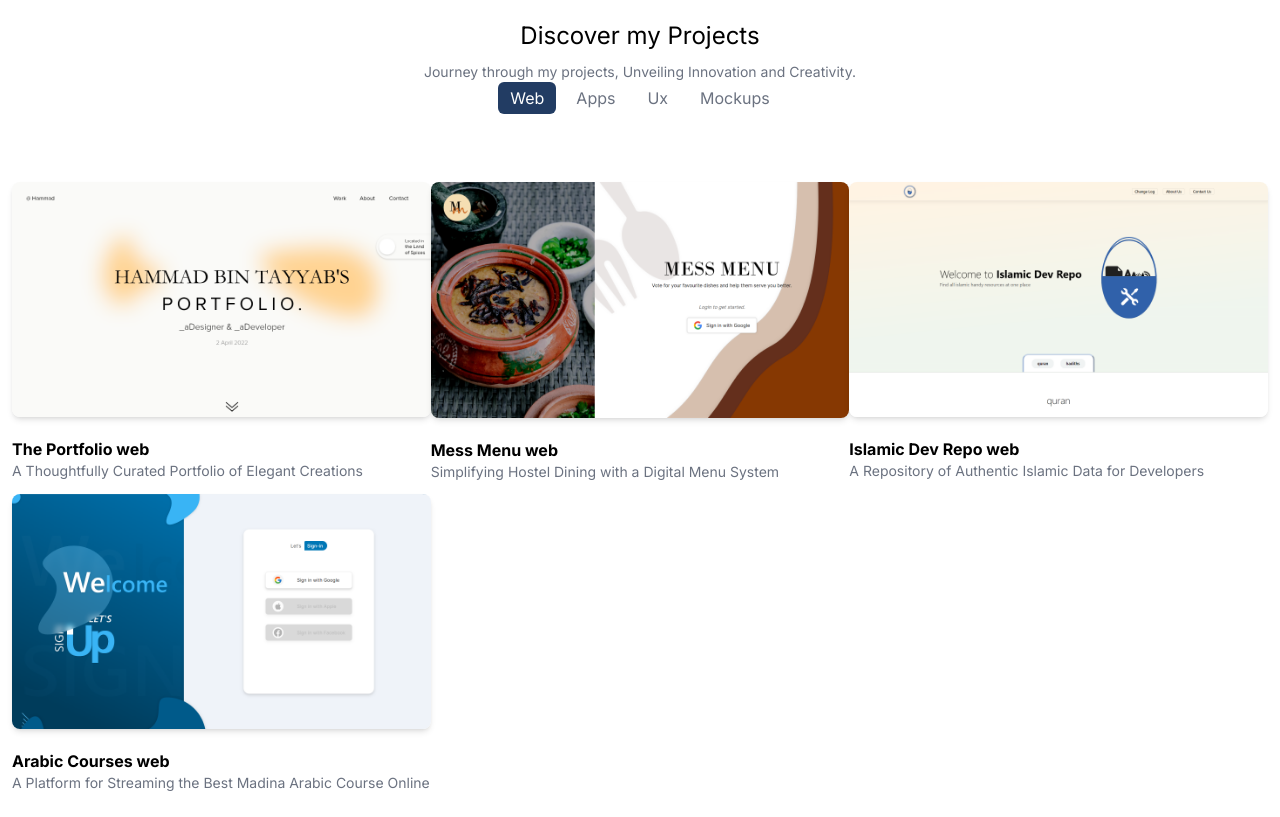
Repository: SpicierEwe/my_portfolio_v2
Page: /
These files come from the project's save history. The page is drawn as it stood at one moment and after the next save; the edit follows.
The browser window is 1280 px wide. The pictures show the whole page.
The project was rebuilt for these pictures with package versions that can differ from the ones it lists, and the page was loaded fresh each time. The framework's server and built-in components were replaced by stand-ins that run in the browser. Also part of the build but not shown: next.config.js, core/utils/customIcons.js, core/utils/utils.tsx, core/db/sub_db_data/ux_db.js.

Above is the page before, as saved 2024-04-22 11:10:57.

### app/page.tsx
import DevicePreview from "@/Components/Device_preview/device_preview";
import HeroSection from "@/Components/Hero_section/hero_section";
import WorkSection from "@/Components/Work_section/work_section";
import Image from "next/image";

export default function Home() {
  return (
    <main>
      {/* <div className="absolute z-30 overflow-hidden bottom-0 ">
        <DevicePreview  />
      </div> */}
      {/* <div className="overflow-hidden">
        <HeroSection />
      </div> */}

      <WorkSection />
    </main>
  );
}

### app/globals.css
@layer base {

  @font-face {
    font-family: 'Garamond';
    src: url('../public/fonts/EBGaramond-VariableFont_wght.ttf');

  }

  @font-face {
    font-family: 'Proxima Nova';
    src: url('../public/fonts/MarkSimonsonProximaNovaRegular.otf');
    font-weight: normal;
    font-style: normal;
  }


  @font-face {
    font-family: "Rage";
    src: url("../public/fonts/rage.ttf");
  }
}

@tailwind base;
@tailwind components;
@tailwind utilities;

:root {
  --foreground-rgb: 0, 0, 0;
  --background-start-rgb: 214, 219, 220;
  --background-end-rgb: 255, 255, 255;

}

@media (prefers-color-scheme: dark) {
  :root {
    --foreground-rgb: 255, 255, 255;
    --background-start-rgb: 0, 0, 0;
    --background-end-rgb: 0, 0, 0;
  }
}

body {

  /* background: #F5F5F5; */
}

### Components/Work_section/work_section.tsx
"use client";

import { db } from "../../core/db/db";
import Image from "next/image";
import Link from "next/link";
import { useState } from "react";

export default function WorkSection() {
  const navItems: string[] = Object.keys(db.portfolioItems);
  const [selectedNavItemIndex, setSelectedNavItemIndex] = useState<number>(0);
  return (
    <section className="">
      {/* header */}
      <header className="flex flex-col items-center pt-5">
        <h2 className="text-center text-2xl">Discover my Projects</h2>
        <p className="text-center text-sm mt-2.5 text-gray-500">
          Journey through my projects, Unveiling Innovation and Creativity.
        </p>
      </header>
      {/* nav */}
      <nav>
        <ul className="flex justify-center mt-6 gap-2 flex-wrap">
          {navItems.map((item, index) => {
            const isSelected: Boolean = selectedNavItemIndex == index;
            return (
              <li
                className={`${
                  isSelected ? "bg-brand-color" : ""
                } px-3 py-1 rounded-md cursor-pointer`}
                onClick={() => setSelectedNavItemIndex(index)}
                key={index}
              >
                <Link
                  href="#"
                  className={`${
                    isSelected ? "text-white" : "text-gray-500"
                  } capitalize`}
                >
                  {item}
                </Link>
              </li>
            );
          })}
        </ul>
      </nav>

      <main>
        {/* projects */}
        <div className="grid grid-cols-1 md:grid-cols-2 lg:grid-cols-3 gap-4 mt-14 px-3 py-3">
          {(db.portfolioItems as any)[navItems[selectedNavItemIndex]].map(
            (item: any, index: number) => {
              const selectedNavItemName: string =
                navItems[selectedNavItemIndex];
              const projectName: string = item["projectName"];
              const imageLink: string = item["imageLink"];
              const tagLine = item["projectTagLine"];
              return (
                <div key={index}>
                  {
                    <Image
                      className="shadow-md rounded-lg"
                      src={imageLink}
                      alt={projectName}
                      height={200}
                      width={200}
                      layout="responsive"
                    ></Image>
                  }
                  <div className="ml-1 mb-3 mt-5">
                    <p className=" font-bold">
                      {projectName} {selectedNavItemName}
                    </p>
                    <p className="text-gray-500 text-sm">{tagLine}</p>
                  </div>
                </div>
              );
            }
          )}
        </div>
      </main>
    </section>
  );
}

### core/db/db.js
import { websitesDb } from "./sub_db_data/websites_db";
import { appsDb } from "./sub_db_data/apps_db";
import { uxDb } from "./sub_db_data/ux_db";
import { mockupsDb } from "./sub_db_data/mockups_db";

export const db = {
  portfolioItems: {
    web: websitesDb,
    apps: appsDb,
    ux: uxDb,
    mockups: mockupsDb,
  },
};

### core/db/sub_db_data/websites_db.js
import { embedCustomLinks } from "../../utils/utils";

export const websitesDb = [
  {
    projectName: "The Portfolio",
    projectId: "e2f9658b-f9bb-4d2c-ac8c-113a56d9204f",
    projectTagLine: "A Thoughtfully Curated Portfolio of Elegant Creations",
    link: "https://hammadtayyab.vercel.app/",
    imageLink: "/images/websites/my_portfolio.png",
    info: "This portfolio project showcases a minimalist design, highlighting my work and skills with clarity and finesse. The aim was to provide a seamless user experience and intuitive navigation, creating a comprehensive and sophisticated display of my professional journey.",
    roles: [
      "Data Analyst",
      "Designer",
      "Developer",
      "Maintainer",
      "Product Manager",
      "Tester/Quality Assurance",
      "Researcher",
      "DevOps Engineer",
      "Technical Writer",
      "Project Manager",
    ],
    techStack: [
      "NextJs",
      "React",
      "TypeScript",
      "TailwindCSS",
      "HTML",
      "CSS",
      "JavaScript",
      "Git",
      "Vercel",
    ],
  },
  {
    projectId: "566ec8d6-4d5d-4f22-9580-2c574f7122fb",
    projectName: "Mess Menu",
    projectTagLine: "Simplifying Hostel Dining with a Digital Menu System",
    link: "https://messmenu.vercel.app/",
    imageLink: "/images/websites/mess_menu.png",
    info: "This project streamlines the process of hostel dining by offering a digital menu system for students. Monthly menus are curated through community voting, allowing students to have a say in their dining options. Originating from a friend's final year project, the focus was on user-centric design and functionality, ensuring a seamless experience for all users.",
    roles: [
      "Data Analyst",
      "Designer",
      "Developer",
      "Maintainer",
      "Product Manager",
      "Tester/Quality Assurance",
      "Researcher",
      "DevOps Engineer",
      "Technical Writer",
      "Project Manager",
    ],
    techStack: [
      "NextJs",
      "React",
      "HTML",
      "CSS",
      "JavaScript",
      "Git",
      "Vercel",
      "Firebase",
      "Firebase Auth",
    ],
  },
  {
    projectId: "e3a52953-0a4d-43c3-b874-bd55925f6a7e",
    projectName: "Islamic Dev Repo",
    projectTagLine: "A Repository of Authentic Islamic Data for Developers",
    link: "https://islamic-dev-repo.vercel.app/",
    imageLink: "/images/websites/islamic_dev_repo.png",
    info: "This project offers developers a curated repository of reliable Islamic data that can be seamlessly integrated into various applications. With a focus on authenticity and compatibility across multiple devices, this repository provides a trustworthy source of information for developers working on Islamic-related projects.",
    roles: [
      "Data Analyst",
      "Designer",
      "Developer",
      "Maintainer",
      "Product Manager",
      "Tester/Quality Assurance",
      "Researcher",
      "DevOps Engineer",
      "Technical Writer",
      "Project Manager",
    ],
    techStack: [
      "NextJs",
      "React",
      "HTML",
      "CSS",
      "JavaScript",
      "Git",
      "Vercel",
      "Python",
    ],
  },
  {
    projectId: "87693335-b9d6-434c-8428-5d8266482050",
    projectName: "Arabic Courses",
    projectTagLine:
      "A Platform for Streaming the Best Madina Arabic Course Online",
    link: "https://arabiccourses.vercel.app/",
    imageLink: "/images/websites/arabic_courses.png",
    info: `The goal of this project was to establish an online platform for the popular Madina Arabic course, allowing users to stream videos from the cloud and track their progress. Initially, the videos were only available for download, but this platform offers a more convenient streaming experience. You can learn more about the course at ${embedCustomLinks(
      {
        link: "https://abdurrahman.org/arabic-learning/dvds/",
        title: "AbdurRahman.Org",
      }
    )}. Arabic Courses enhances accessibility and convenience for users, making the learning process smoother and more enjoyable.`,
    roles: [
      "Data Analyst",
      "Designer",
      "Developer",
      "Maintainer",
      "Product Manager",
      "Tester/Quality Assurance",
      "Researcher",
      "DevOps Engineer",
      "Technical Writer",
      "Project Manager",
    ],
    techStack: [
      "NextJs",
      "React",
      "HTML",
      "CSS",
      "JavaScript",
      "Git",
      "Vercel",
      "Firebase",
      "Firebase Auth",
    ],
  },
];

### core/db/sub_db_data/apps_db.js
import { embedCustomLinks } from "../../utils/utils";

export const appsDb = [
  {
    projectId: "38384ae3-5586-40be-b025-c9c3ad1094ef",
    projectName: "al Qur'an",
    projectTagLine: "All about the Qur'an in one app.",

    link: "https://play.google.com/store/apps/details?id=com.spicierewe.al_quran",

    imageLink: "/images/apps/al_quran.png",

    info: `The "al Qur'an" app offers a comprehensive experience of the Qur'an for users around the world. It includes a wide range of translations in various languages, tafseer (exegesis), access to over 49 reciters and translators, and much more. All data is sourced from the reliable platform ${embedCustomLinks(
      { link: "https://quran.com", title: "quran.com" }
    )}.`,

    roles: [
      "Data Analyst",
      "Designer",
      "Developer",
      "Maintainer",
      "Product Manager",
      "Tester/Quality Assurance",
      "Researcher",
      "DevOps Engineer",
      "Technical Writer",
      "Project Manager",
    ],

    techStack: ["Flutter", "Dart", "Git", "Adobe XD"],

    platforms: ["Android"],
  },
  {
    projectId: "1eeb435f-acbd-41e8-b826-440959bb6a57",
    projectName: "Riddle Me",
    projectTagLine: "Riddle Me: Unraveling Minds, One Clue at a Time!",

    link: "https://play.google.com/store/apps/details?id=com.spicierewe.RiddleMe",

    imageLink: "/images/apps/riddle_me.png",

    info: "Riddle Me is an engaging and challenging game designed to test your intelligence and problem-solving skills. This game stimulates creative thinking and encourages you to approach problems from different perspectives.",

    roles: [
      "Data Analyst",
      "Designer",
      "Developer",
      "Maintainer",
      "Product Manager",
      "Tester/Quality Assurance",
      "Researcher",
      "DevOps Engineer",
      "Technical Writer",
      "Project Manager",
    ],

    techStack: ["Flutter", "Dart", "Git", "Adobe XD"],

    platforms: ["Android"],
  },
  {
    projectId: "2ae7005c-16e2-4fe5-b7b0-20f5f826321e",
    projectName: "Food Deals",
    projectTagLine: "Find the best food deals at your fingertips.",

    link: "https://play.google.com/store/apps/details?id=com.spicierewe.food_deals",

    imageLink: "/images/apps/food_deals.png",

    info: "Food Deals is an app that helps users discover the best offers and discounts on their favorite food delivery services. Save money and enjoy your favorite meals by comparing prices across different platforms.",

    roles: [
      "Data Analyst",
      "Designer",
      "Developer",
      "Maintainer",
      "Product Manager",
      "Tester/Quality Assurance",
      "Researcher",
      "DevOps Engineer",
      "Technical Writer",
      "Project Manager",
    ],

    techStack: ["Flutter", "Dart", "Git", "Adobe XD"],

    platforms: ["Android"],
  },
  {
    projectId: "627de94f-59b4-4f85-bcf4-df6fbf22714e",
    projectName: "Hadith Collection",
    projectTagLine: "Access authentic hadiths of the Prophet Muhammad (pbuh).",

    link: "https://play.google.com/store/apps/details?id=com.spicierewe.ahadith_collection",

    imageLink: "/images/apps/ahadith_collection.png",

    info: `The "Hadith Collection" app provides a comprehensive and authentic collection of hadiths of the Prophet Muhammad (pbuh). It includes data from various reputable sources such as ${embedCustomLinks(
      { link: "https://sunnah.com", title: "sunnah.com" }
    )} for Arabic and English, and ${embedCustomLinks({
      link: "https://github.com/pakjiddat/islam-companion-web-api",
      title: "islam-companion-web-api",
    })} for Urdu data.`,

    roles: [
      "Data Analyst",
      "Designer",
      "Developer",
      "Maintainer",
      "Product Manager",
      "Tester/Quality Assurance",
      "Researcher",
      "DevOps Engineer",
      "Technical Writer",
      "Project Manager",
    ],

    techStack: ["Flutter", "Dart", "Git", "Adobe XD"],

    platforms: ["Android"],
  },
  {
    projectId: "7468bdef-5b24-454e-ae99-dd0a558441d7",
    projectName: "Study Practice",
    projectTagLine: "Practice makes perfect.",

    link: "https://play.google.com/store/apps/details?id=com.spicierewe.study_practice",

    imageLink: "/images/apps/study_practice.png",

    info: "Study Practice is a study companion app designed to help students prepare for competitive exams such as NEET and JEE. The app offers past exam questions, mock tests, and real-time progress tracking along with official study material.",

    roles: [
      "Data Analyst",
      "Designer",
      "Developer",
      "Maintainer",
      "Product Manager",
      "Tester/Quality Assurance",
      "Researcher",
      "DevOps Engineer",
      "Technical Writer",
      "Project Manager",
    ],

    techStack: ["Flutter", "Dart", "Git", "Adobe XD"],

    platforms: ["Android"],
  },
];

### core/db/sub_db_data/mockups_db.js
export const mockupsDb = [
  {
    phone_mockup_links: [],
    other_mockup_links: [
      "/images/mockups/eat_healthy_mockup.svg",
      "/images/mockups/bot_mockup_theme_light.svg",
      "/images/mockups/bot_mockup_theme_dark.svg",
      "/images/mockups/the_perfume_lab_price_list.png",
      "/images/mockups/noraty_business_hero_section.svg",
      "/images/mockups/gr_showcase.png",
      "/images/mockups/just_moved_showcase.png",
      "/images/mockups/archer_product_design.png",
      "/images/mockups/the_connection_poster.png",
      "/images/mockups/social_flow_flyer.png",
      "/images/mockups/LVD_roll_up_banner.png",
      "/images/mockups/ATS_flyer.png",
    ],
  },
];

### tailwind.config.js
const { reverse } = require("dns");
const defaultTheme = require("tailwindcss/defaultTheme");

/** @type {import('tailwindcss').Config} */
module.exports = {
  content: [
    "./pages/**/*.{js,ts,jsx,tsx,mdx}",
    "./components/**/*.{js,ts,jsx,tsx,mdx}",
    "./app/**/*.{js,ts,jsx,tsx,mdx}",
    "./core/**/*.{js,ts,jsx,tsx,mdx}",
  ],
  theme: {
    extend: {
      screens: { xs: { max: "640px" } },

      maxWidth: {
        "120rem": "120rem",
      },

      backgroundImage: {
        "gradient-radial": "radial-gradient(var(--tw-gradient-stops))",
        "gradient-conic":
          "conic-gradient(from 180deg at 50% 50%, var(--tw-gradient-stops))",
      },

      colors: {
        "brand-color": "#223c63",
        "primary-color": "#ffffff",
        "secondary-color": "#00A699",
        "accent-color": "#779ace",
      },

      keyframes: {
        wiggle: {
          "0%, 100%": { transform: "rotate(-3deg)" },
          "50%": { transform: "rotate(3deg)" },
        },

        levitate: {
          "0%": { transform: "translateY(50px)" },
          "50%": { transform: "translateY(-30px)  scale(1.1)" },
          "100%": { transform: "translateY(50px)" },
        },
        levitate_reverse: {
          "0%": { transform: "translateY(-90px)" },
          "50%": { transform: "translateY(30px)  scale(1.1)" },
          "100%": { transform: "translateY(-90px)" },
        },
      },

      animation: {
        "spin-slow": "spin 3s linear infinite",
        wiggle: "wiggle 1s ease-in-out infinite",
        levitate: "levitate 5s ease-in-out infinite",
        levitate_reverse: "levitate_reverse 5s ease-in-out infinite reverse",
      },

      fontFamily: {
        garmond: ["Garmond", ...defaultTheme.fontFamily.serif],
        custom_sans: ["Proxima Nova", ...defaultTheme.fontFamily.sans],
      },

      height: {
        dvh: "100dvh",
      },
    },
  },

  variants: {
    backgroundColor: ["responsive", "hover", "focus", "active"],
  },

  plugins: [],
};

Loaded but not shown: app/layout.tsx (common file)

After the next save:
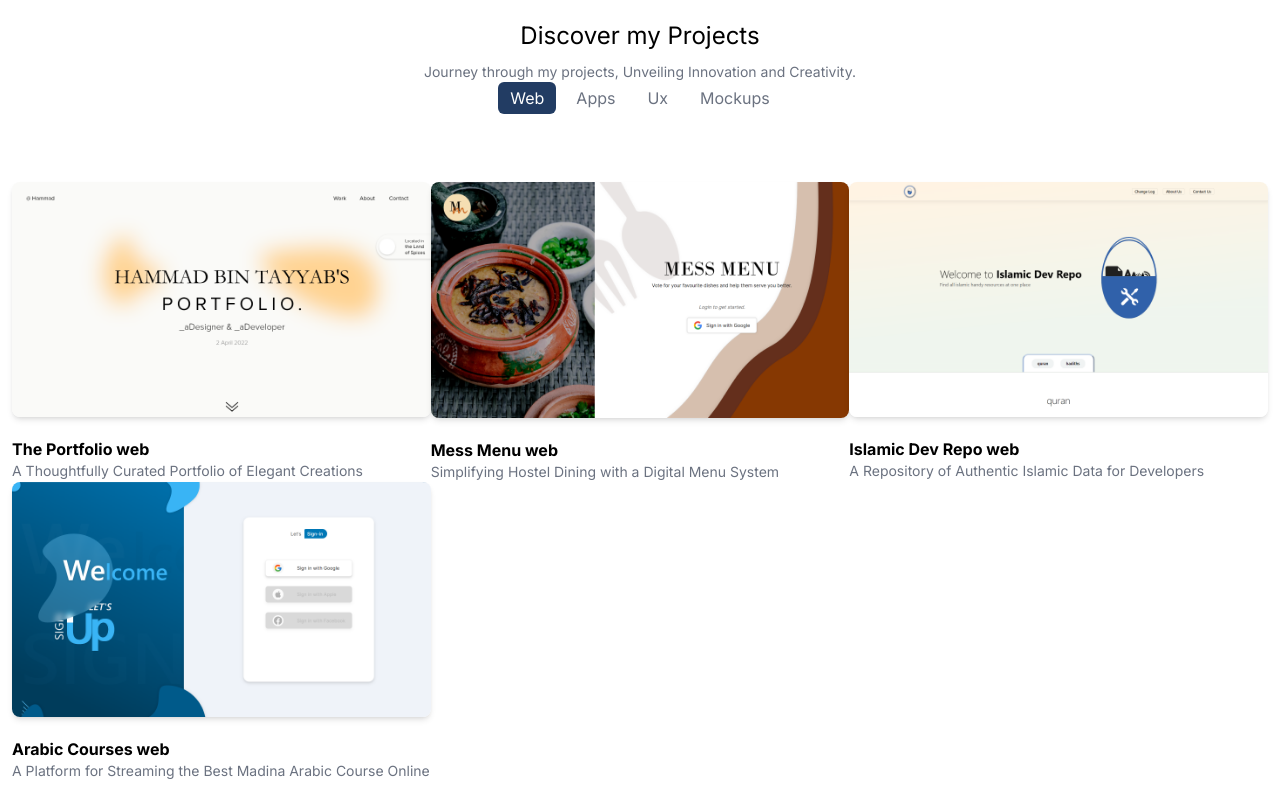
Saved 7 s later.
--- a/Components/Work_section/work_section.tsx
+++ b/Components/Work_section/work_section.tsx
@@ -66,7 +66,7 @@ export default function WorkSection() {
                       layout="responsive"
                     ></Image>
                   }
-                  <div className="ml-1 mb-3 mt-5">
+                  <div className="ml-1 mb-7 mt-5">
                     <p className=" font-bold">
                       {projectName} {selectedNavItemName}
                     </p>
